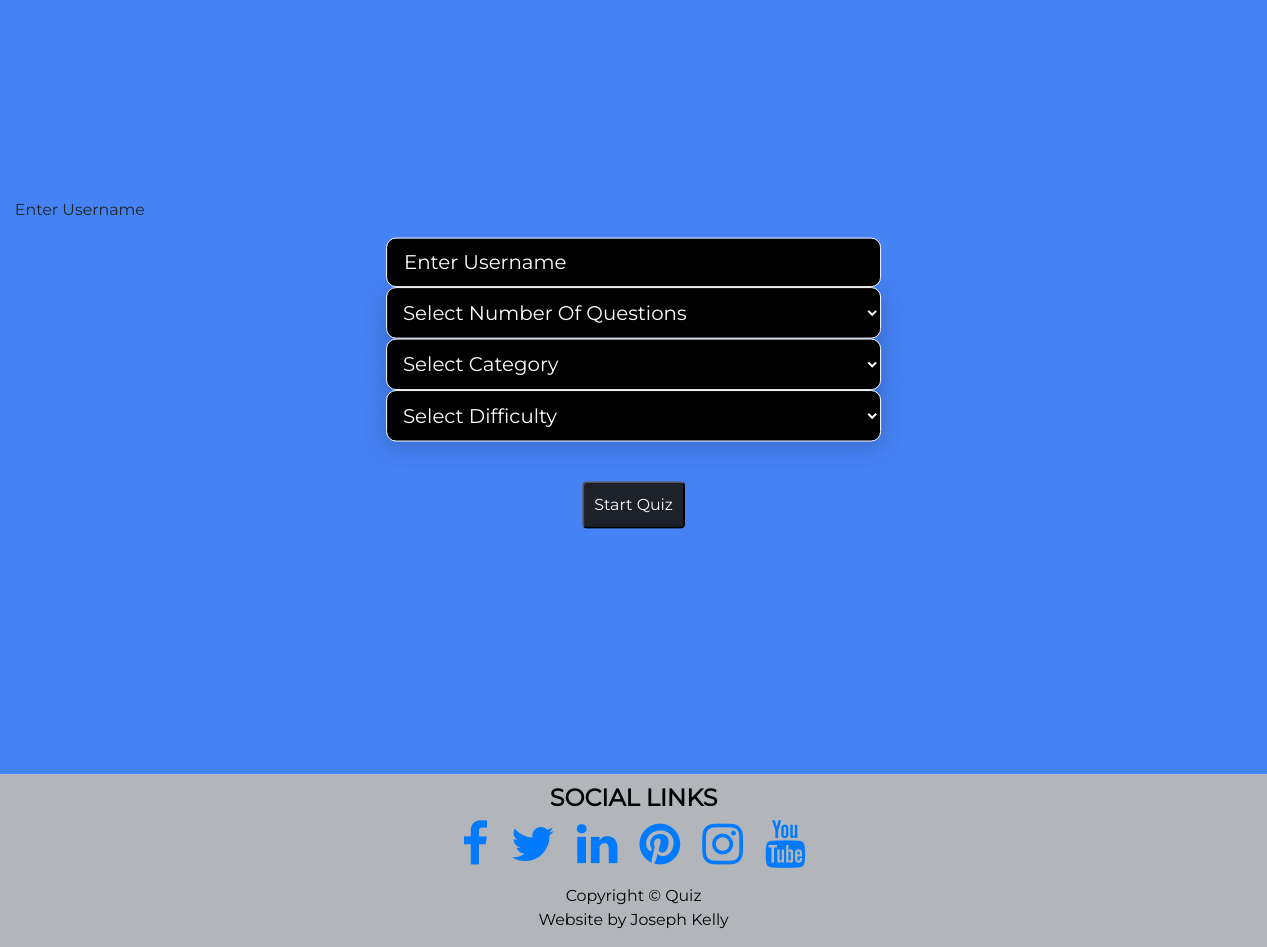
Repository: Code-Institute-Submissions/quiz-1
Page: load.html
The author's editor kept a record of every edit. The page is drawn from the files as they stood at one moment, then again after the next edit.
The browser window is 1280 px wide. The pictures show the whole page, at 99% of full size.

Above is the page before.

### load.html
<!DOCTYPE html>
<html lang="en">

<head>
    <meta charset="UTF-8">
    <meta name="viewport" content="width=device-width, initial-scale=1.0">
    <meta http-equiv="X-UA-Compatible" content="ie=edge">
    <link rel="stylesheet" href="https://stackpath.bootstrapcdn.com/bootstrap/4.4.1/css/bootstrap.min.css" type="text/css" />
    <link rel="stylesheet" href="https://stackpath.bootstrapcdn.com/font-awesome/4.7.0/css/font-awesome.min.css" type="text/css" />
    <link href="https://fonts.googleapis.com/css2?family=Montserrat&display=swap" rel="stylesheet">
    <link rel="stylesheet" href="assets/css/style.css" type="text/css" />
    <script src="https://cdnjs.cloudflare.com/ajax/libs/jquery/3.5.0/jquery.min.js" integrity="sha256-xNzN2a4ltkB44Mc/Jz3pT4iU1cmeR0FkXs4pru/JxaQ=" crossorigin="anonymous"></script>
    <script src="assets/js/modal-timer.js"></script>
    <script src="assets/js/api-value.js"></script>
    <title>Quiz</title>
</head>

<body>
    <div class="container-fluid home">
        <div>
            <form class="option-select">
                <div class="box">
                    <p>Enter Username</p>
                    <input type="text" name="username" id="username" placeholder="Enter Username" class="username" oninput="getUsername()" required/>
                </div>
                <div class="box">
                    <select class="select-amount" id="amount" onchange="apiValues()">
                        <option value="" disabled selected hidden>Select Number Of Questions</option>
                        <option data-amount="5">5</option>
                        <option data-amount="10">10</option>
                        <option data-amount="15">15</option>
                        <option data-amount="20">20</option>
                    </select>
                </div>
                <div class="box">
                    <select class="select-category" id="category" onchange="apiValues();">
                        <option value="" disabled selected hidden>Select Category</option>
                        <option data-category="9">General Knowledge</option>
                        <option data-category="10">Books</option>
                        <option data-category="11">Films</option>
                        <option data-category="12">Music</option>
                        <option data-category="13">Musicals</option>
                        <option data-category="14">Television</option>
                        <option data-category="15">Video Games</option>
                        <option data-category="16">Board Games</option>
                        <option data-category="17">Science & Nature</option>
                        <option data-category="18">Computers</option>
                        <option data-category="19">Mathematics</option>
                        <option data-category="20">Mythology</option>
                        <option data-category="21">Sports</option>
                        <option data-category="22">Geography</option>
                        <option data-category="23">History</option>
                        <option data-category="24">Politics</option>
                        <option data-category="25">Art</option>
                        <option data-category="26">Celebrities</option>
                        <option data-category="27">Animals</option>
                        <option data-category="28">Vehicles</option>
                    </select>
                </div>
                <div class="box">
                    <select class="select-difficulty" id="difficulty" onchange="apiValues();">
                        <option value="" disabled selected hidden>Select Difficulty</option>
                        <option data-difficulty="easy">Easy</option>
                        <option data-difficulty="medium">Medium</option>
                        <option data-difficulty="hard">Hard</option>
                    </select>
                </div>
            </form>
        </div>
        <div class="container-fluid load">
            <button type="button" onclick="timeDelay();" class="start-button" data-toggle="modal" data-target="#exampleModalCenter">
                  Start Quiz
            </button>
            <div class="modal fade" id="exampleModalCenter" tabindex="-1" role="dialog"  aria-hidden="true">
                <div class="modal-dialog modal-dialog-centered" role="document">
                    <div class="modal-content">
                        <div class="modal-header">
                            <h5>Quiz Starts in</h5>
                        </div>
                        <div class="modal-body">
                            <div class="countdown">
                                <div class="square">
                                    <div class="digits" id="cd-sec">00</div>
                                </div>
                            </div>
                        </div>
                    </div>
                </div>
            </div>
        </div>
    </div>
    <footer class="container-fluid">
        <div id="footer-details" class="row">
            <div class="col-sm">
                <h4 class="uppercase footer-info">Social Links</h4>
                <ul class="list-inline social-links">
                    <li class="list-inline-item">
                        <a target="_blank" href="#">
                            <i class="fa fa-facebook fa-3x" aria-hidden="true"></i>
                            <span class="sr-only">Facebook</span>
                        </a>
                    </li>
                    <li class="list-inline-item">
                        <a target="_blank" href="#">
                            <i class="fa fa-twitter fa-3x" aria-hidden="true"></i>
                            <span class="sr-only">Twitter</span>
                        </a>
                    </li>
                    <li class="list-inline-item">
                        <a target="_blank" href="#">
                            <i class="fa fa-linkedin fa-3x" aria-hidden="true"></i>
                            <span class="sr-only">LinkedIn</span>
                        </a>
                    </li>
                    <li class="list-inline-item">
                        <a target="_blank" href="#">
                            <i class="fa fa-pinterest fa-3x" aria-hidden="true"></i>
                            <span class="sr-only">pinterest</span>
                        </a>
                    </li>
                    <li class="list-inline-item">
                        <a target="_blank" href="#">
                            <i class="fa fa-instagram fa-3x" aria-hidden="true"></i>
                            <span class="sr-only">Instagram</span>
                        </a>
                    </li>
                    <li class="list-inline-item">
                        <a target="_blank" href="#">
                            <i class="fa fa-youtube fa-3x" aria-hidden="true"></i>
                            <span class="sr-only">Youtube</span>
                        </a>
                    </li>
                </ul>
                <div class="copyright">
                    <p>Copyright &#169; Quiz<br>Website by Joseph Kelly</p>
                </div>
            </div>
        </div>
    </footer>
    <script src="https://code.jquery.com/jquery-3.3.1.slim.min.js" integrity="sha384-q8i/X+965DzO0rT7abK41JStQIAqVgRVzpbzo5smXKp4YfRvH+8abtTE1Pi6jizo" crossorigin="anonymous"></script>
    <script src="https://cdnjs.cloudflare.com/ajax/libs/popper.js/1.14.7/umd/popper.min.js" integrity="sha384-UO2eT0CpHqdSJQ6hJty5KVphtPhzWj9WO1clHTMGa3JDZwrnQq4sF86dIHNDz0W1" crossorigin="anonymous"></script>
    <script src="https://stackpath.bootstrapcdn.com/bootstrap/4.3.1/js/bootstrap.min.js" integrity="sha384-JjSmVgyd0p3pXB1rRibZUAYoIIy6OrQ6VrjIEaFf/nJGzIxFDsf4x0xIM+B07jRM" crossorigin="anonymous"></script>
</body>
</html>

### assets/css/style.css
body {
  font-family: 'Montserrat', sans-serif;
}



/*--------------------------- home --------------- */

.home {
  background-color: #4582F4;
  height: 782px;
}

.background-load {
  background-color: #4582F4;
  height: 762px;
}

.background-quiz {
  background-color: #4582F4;
  height: 800px;
}

.background-leaderboard {
  background-color: #4582F4;
  height: 762px;
}

.info {
  font-family: 'Montserrat', sans-serif;
  text-align: center;
  padding-top: 40px;
  width: 70%;
  margin: auto;
  color: white;
}

.load {
  display: flex;
  justify-content: center;
  align-items: center;
  padding-top: 40px;
  padding-bottom: 40px;
}

.load-button {
  background-color: #1D2129;
  text-decoration: none;
  color: #fafafa;
  padding: 10px;
  border-radius: 5px;
}

/*--------------------------- animation --------------- */

.quiz-time {
  text-align: center;
  padding-top: 150px;
  width: 100vw;
  font-family: 'Montserrat', sans-serif;
  display: flex;
  justify-content: center;
  align-items: center;
  margin: -20px;
}

.animation span {
  position: relative;
  top: 20px;
  display: inline-block;
  -webkit-animation: bounce 0.3s ease infinite alternate;
  font-size: 100px;
  color: #fff;
  text-shadow: 0 1px 0 #ccc, 0 2px 0 #ccc, 0 3px 0 #ccc, 0 4px 0 #ccc,
  0 5px 0 #ccc, 0 6px 0 transparent, 0 7px 0 transparent, 0 8px 0 transparent,
  0 9px 0 transparent, 0 10px 10px rgba(0, 0, 0, 0.4);
}

.animation span:nth-child(2) {
  -webkit-animation-delay: 0.1s;
}

.animation span:nth-child(3) {
  -webkit-animation-delay: 0.2s;
}

.animation span:nth-child(4) {
  -webkit-animation-delay: 0.3s;
}

.animation span:nth-child(5) {
  -webkit-animation-delay: 0.4s;
}

.animation span:nth-child(6) {
  -webkit-animation-delay: 0.5s;
}

.animation span:nth-child(7) {
  -webkit-animation-delay: 0.6s;
}

.animation span:nth-child(8) {
  -webkit-animation-delay: 0.2s;
}

.animation span:nth-child(9) {
  -webkit-animation-delay: 0.3s;
}

.animation span:nth-child(10) {
  -webkit-animation-delay: 0.4s;
}

.animation span:nth-child(11) {
  -webkit-animation-delay: 0.5s;
}

.animation span:nth-child(12) {
  -webkit-animation-delay: 0.6s;
}

.animation span:nth-child(13) {
  -webkit-animation-delay: 0.7s;
}

.animation span:nth-child(14) {
  -webkit-animation-delay: 0.8s;
}

/* ANIMATION */

@-webkit-keyframes bounce {
  100% {
    top: -20px;
    text-shadow: 0 1px 0 #ccc, 0 2px 0 #ccc, 0 3px 0 #ccc, 0 4px 0 #ccc,
    0 5px 0 #ccc, 0 6px 0 #ccc, 0 7px 0 #ccc, 0 8px 0 #ccc, 0 9px 0 #ccc,
    0 50px 25px rgba(0, 0, 0, 0.2);
  }
}

/*--------------------------- footer --------------- */

footer {
  color: #fafafa;
  padding-top: 10px;
  background-color: #B2B5B9;
  display: inline-block;
  position: relative;

}

.footer-info {
  font-weight: bold;
  text-align: center;
  color: #000000;
}

.list-inline-item {
  margin-left: 10px;
  margin-right: 10px;
}

.uppercase {
  text-transform: uppercase;
}

.social-links {
  text-align: center;
  color: #000000;
}

.copyright {
  text-align: center;
  color: #000000;
}

/*--------------------------- Quiz Loading --------------- */

.prompt {
  text-align: center;
  color: #fafafa;
  margin-bottom: 0;
  padding-top: 10px;
}

.start-button {
  background-color: #1D2129;
  text-decoration: none;
  color: #fafafa;
  padding: 10px;
  border-radius: 5px;
}

.option-select {
  display: block;
  margin-right: auto;
  margin-left: auto;
  padding-top: 200px;
}

::placeholder {
  color: white;
  padding-left: 15px;
  font-size: 20px;
}

.username {
  width: 40%;
  display: block;
  margin-left: auto;
  margin-right: auto;
  height: 50px;
  color: white;
  font-size: 20px;
  background-color: #000000;
  border: solid 1px;
  border-radius: 10px;
  border-color: white;
}

.box select {
  background-color: #000000;
  margin-left: auto;
  margin-right: auto;
  color: white;
  padding: 12px;
  width: 40%;
  border: solid 1px;
  border-radius: 10px;
  font-size: 20px;
  box-shadow: 0 5px 25px rgba(0, 0, 0, 0.2);
  -webkit-appearance: button;
  appearance: button;
  outline: none;
  display: block;
}



.box:hover::before {
  color: rgba(255, 255, 255, 0.6);
  background-color: rgba(255, 255, 255, 0.2);
}



/*--------------------------- timer --------------- */

.countdown {
  margin: 0 auto;
  max-width: 350px;
  background: #ff0000;
  font-family: Impact, Charcoal, sans-serif;
  text-align: center;
}

.countdown .header {
  color: #c61d1d;
  text-align: center;
  font-weight: normal;
  margin: 5px 0 10px 0;
}

.countdown .square {
  display: inline-block;
  padding: 10px;
  margin: 5px;
}

.countdown .digits {
  font-size: 24px;
  background: #fff;
  color: #000;
  padding: 20px 10px;
  border-radius: 5px;
}

.countdown .text {
  margin-top: 10px;
  color: #ddd;
}

/*--------------------------- quiz page --------------- */

.finish {
  width: 30%;
  margin-left: auto;
  margin-right: auto;
  display: block;
  text-align: center;
}

.image-display {
  margin-bottom: 20px;
  height: auto;
}


.btn {
  color: #000000;
}

.mute-button {
  margin-top: 20px;
  float: right;
}

.countdown-quiz {
  margin: 0 auto;
  max-width: 350px;
  background: #ff0000;
  font-family: Impact, Charcoal, sans-serif;
  text-align: center;
  clear: both;
}

.countdown-quiz .header {
  color: #c61d1d;
  text-align: center;
  font-weight: normal;
  margin: 5px 0 10px 0;
}

.countdown-quiz .square {
  display: inline-block;
  padding: 10px;
  margin: 5px;
}

.countdown-quiz .digits {
  font-size: 24px;
  background: #fff;
  color: #000;
  padding: 20px 10px;
  border-radius: 5px;
}

.countdown-quiz .text {
  margin-top: 10px;
  color: #ddd;
}

.carousel-item {
  height: auto;
}

#question-1,
#question-2,
#question-3,
#question-4,
#question-5,
#question-6,
#question-7,
#question-8,
#question-9,
#question-10,
#question-11,
#question-12,
#question-13,
#question-14,
#question-15,
#question-16,
#question-17,
#question-18,
#question-19,
#question-20 {
  padding-top: 20px;
  text-align: center;
}

#answers-1,
#answers-2,
#answers-3,
#answers-4,
#answers-5,
#answers-6,
#answers-7,
#answers-8,
#answers-9,
#answers-10,
#answers-11,
#answers-12,
#answers-13,
#answers-14,
#answers-15,
#answers-16,
#answers-17,
#answers-18,
#answers-19,
#answers-20 {
  padding-top: 20px;
  text-align: center;
  margin: auto;
  width: 70%;
}



/*--------------------------- Leaderboard page --------------- */

.leaderboard-title {
  text-align: center;
  padding-top: 30px;
  width: 100%;
  margin-left: auto;
  margin-right: auto;
  font-weight: bold;
  padding-top: 150px;
}

.modal-title {
  text-align: center;
}

table {
  margin-top: 40px;
  margin-left: auto;
  margin-right: auto;
  width: 70%;
}

table,
th,
td {
  border: solid 1px black;
  background-color: white;
  text-align: center;
  width: 30%;
}

.modal-heading {
  text-align: center;
  margin-top: 8px;
  border-bottom: solid 1px;
}

.modal-form {
  text-align: center;
  margin-top: 8px;
  margin-bottom: 8px;

}

#scorePercentRound {
  text-align: center;
  margin-top: 8px;
}

#saveScoreBtn {
  background-color: #000000;
  color: white;
}

#footer-btns {
  text-align: center;
  margin-top: 10px;
  margin-bottom: 20px;
}

### assets/js/modal-timer.js
var counter = {};
window.addEventListener("click", function () {
  // COUNTDOWN IN SECONDS
  // EXAMPLE - 5 MINS = 5 X 60 = 300 SECS
  counter.end = 6;

  // Get the containers
  counter.sec = document.getElementById("cd-sec");

  // Start if not past end date
  if (counter.end > 0) {
    counter.ticker = setInterval(function(){
      // Stop if passed end time
      counter.end--;
      if (counter.end <= 0) {
        clearInterval(counter.ticker);
        counter.end = 0;
      }

      // Calculate remaining time
      var secs = counter.end;
      var mins  = Math.floor(secs / 60); // 1 min = 60 secs
      secs -= mins * 60;

      // Update HTML
      counter.sec.innerHTML = secs;
    }, 1000);
  }
});

### assets/js/api-value.js
var amount;
var category;
var difficulty;
var type;

function apiValues() {

    amount = $("#amount option:selected").data("amount");
    category = $("#category option:selected").data("category");
    difficulty = $("#difficulty option:selected").data("difficulty");

    sessionStorage.setItem('amount', amount);
    sessionStorage.setItem('category', category);
    sessionStorage.setItem('difficulty', difficulty);

}

function timeDelay() {
    setTimeout(function() {

        window.location.href = "quiz.html";

    }, 6000);
}

function getUsername() {
    var username = document.getElementById("username").value;
    console.log(username);
    localStorage.setItem("username", username);
}

After the next edit:
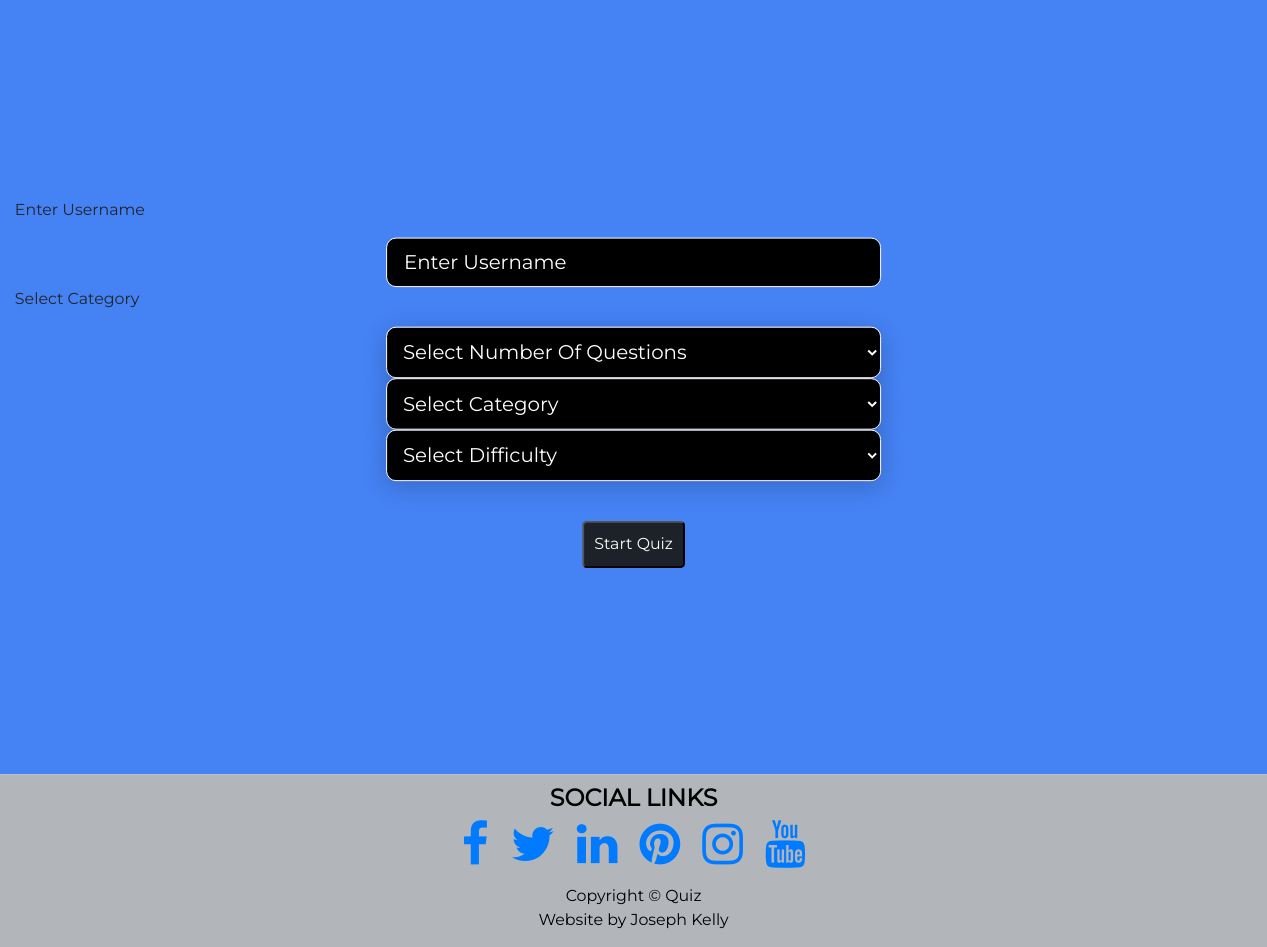
The edit:
--- a/load.html
+++ b/load.html
@@ -24,6 +24,7 @@
                     <input type="text" name="username" id="username" placeholder="Enter Username" class="username" oninput="getUsername()" required/>
                 </div>
                 <div class="box">
+                    <p>Select Category</p>
                     <select class="select-amount" id="amount" onchange="apiValues()">
                         <option value="" disabled selected hidden>Select Number Of Questions</option>
                         <option data-amount="5">5</option>
